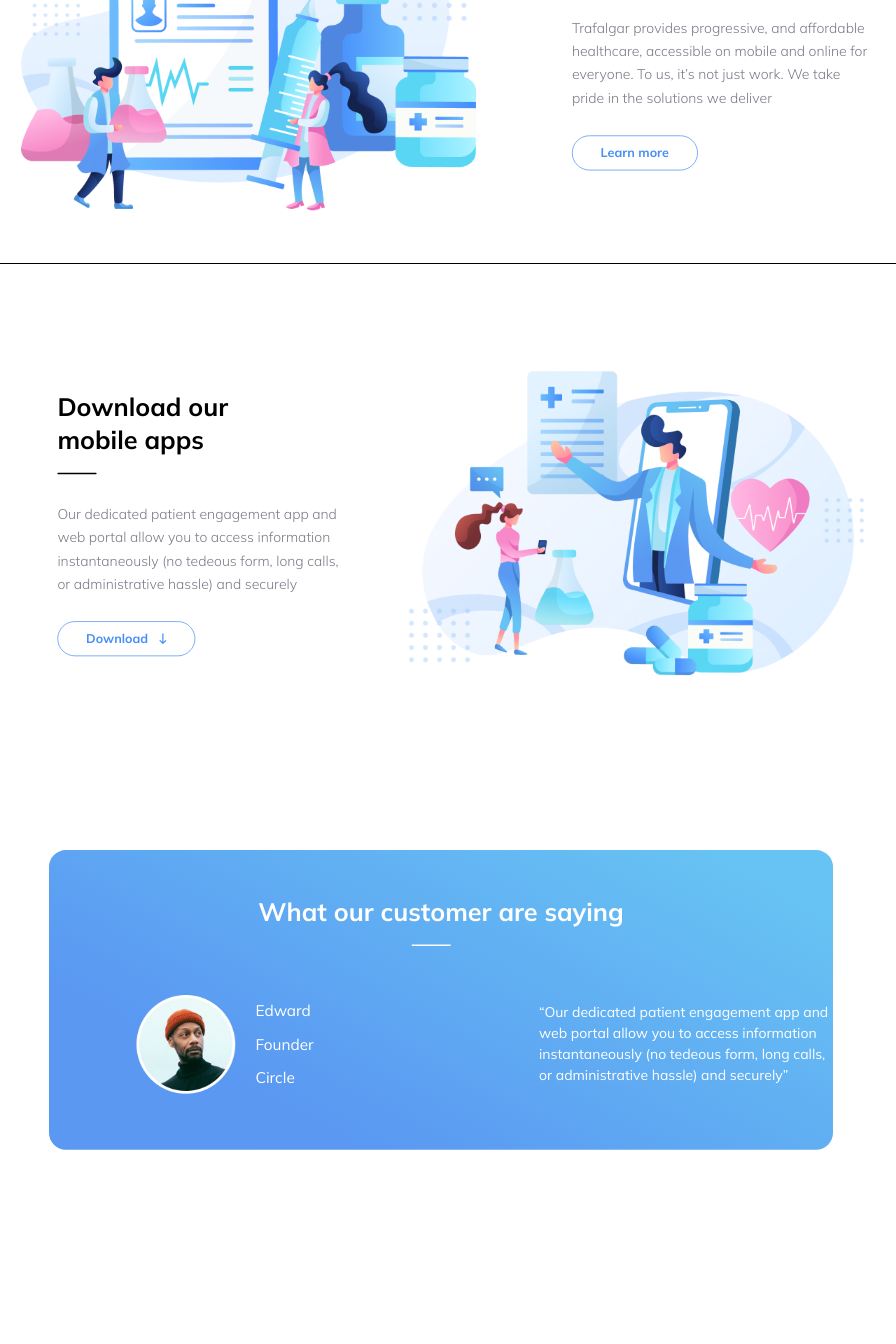
Repository: tungcutte35/Trafalgar
Page: index.html
These files come from the project's save history. The page is drawn as it stood at one moment and after the next save; the edit follows.
The browser window is 1280 px wide. The pictures show the part of the page from y = 2529 to 4449 px (the page is 4449 px tall), at 70% of full size.
The style sheet was rebuilt from its Sass, Less or Tailwind sources for each picture, by a compiler version that may differ from the author's.

Above is the page before, as saved 2021-10-18 00:53:09.

### index.html
<!DOCTYPE html>
<html lang="en">
<head>
  <meta charset="UTF-8">
  <meta http-equiv="X-UA-Compatible" content="IE=edge">
  <meta name="viewport" content="width=device-width, initial-scale=1.0">
  <title>Trafalgar</title>
  <link rel="stylesheet" href="./sass/css/app.css">
  <link rel="preconnect" href="https://fonts.googleapis.com">
  <link rel="preconnect" href="https://fonts.gstatic.com" crossorigin>
  <link href="https://fonts.googleapis.com/css2?family=Mulish:wght@300;400;700&display=swap" rel="stylesheet">
 <link rel="stylesheet" href="./font/fontawesome-free-5.15.4-web/css/all.min.css">
</head>
<body>
  <div class="wrapper">
    <header class="header">
    <div class="container">
      <div class="header-main">
        <img srcset="./Images/logo.png 2x" alt="" class="header-img">
        <ul class="menu">
          <li class="menu-item">
            <a href="#" class="menu-link menu-firsd">Home</a>
          </li>
          <li class="menu-item">
            <a href="#" class="menu-link">Find a doctor</a>
          </li>
          <li class="menu-item">
            <a href="#" class="menu-link">Apps</a>
          </li>
          <li class="menu-item">
            <a href="#" class="menu-link">Testimonials</a>
          </li>
          <li class="menu-item">
            <a href="#" class="menu-link">About us</a>
          </li>
          <li class="menu-log">
            <a href="#" class="button button--outline ">Login</a>
          </li>
          <li class="menu-log">
            <a href="#" class="button button--primary ">Logup</a>
          </li>
        </ul>
      </div>
    </div>
    </header>
    <section class="virtual">
      <div class="container">
        <div class="virtual-main">
          <div class="virtual-firsd">
            <h2 class="virtual-heading">Virtual
              for you</h2>
            <p class="text virtual-content">Trafalgar provides progressive, and affordable healthcare, accessible on mobile and online for everyone</p>
            <a href="#" class="button button--primary">Consult today</a>
          </div>
          <div class="virtual-img">
            <img srcset="./Images/img1.png 2x" alt="" class="virtual-imgs">
          </div>
        </div>
      </div>
    </section>
    <secction class="sevices">
      <div class="container">
        <div class="sevices-header">
          <h3 class="heading sevices-heading">Our services</h3>
          <p class="text sevices-content">We provide to you the best choiches for you. Adjust it to your health needs and make sure your undergo treatment with our highly qualified doctors you can consult with us which type of service is suitable for your health</p>
        </div>
        <div class="sevices-main">
          <div class="sevices-item">
            <div class="sevices-price">
            <img class="sevices-img" srcset="./Images/icon1.png 2x" alt="">
            </div>
            <h4 class="heading sevices-title">Search doctor</h4>
            <p class="text sevices-desc">Choose your doctor from thousands of specialist, general, and trusted hospitals</p>
          </div>
          <div class="sevices-item">
            <div class="sevices-price">
            <img class="sevices-img" srcset="./Images/icon2.png 2x" alt="">
            </div>
            <h4 class="heading sevices-title">Online pharmacy</h4>
            <p class="sevices-desc">Buy  your medicines with our mobile application with a simple delivery system</p>
          </div>
          <div class="sevices-item">
            <div class="sevices-price">
            <img class="text sevices-img" srcset="./Images/icon3.png 2x" alt="">
            </div>
            <h4 class="heading sevices-title">Consultation</h4>
            <p class="sevices-desc">Free consultation with our trusted doctors and get the best recomendations</p>
          </div>
          <div class="sevices-item">
            <div class="sevices-price">
            <img class="sevices-img" srcset="./Images/icon4.png 2x" alt="">
            </div>
            <h4 class="heading sevices-title">Details info</h4>
            <p class="text sevices-desc">Free consultation with our trusted doctors and get the best recomendations</p>
          </div>
          <div class="sevices-item">
            <div class="sevices-price">
            <img class="sevices-img" srcset="./Images/icon5.png 2x" alt="">
            </div>
            <h4 class="heading sevices-title">Emergency care</h4>
            <p class="text sevices-desc">You can get 24/7 urgent care for yourself or your children and your lovely family</p>
          </div>
          <div class="sevices-item">
            <div class="sevices-price">
            <img class="sevices-img" srcset="./Images/icon6.png 2x" alt="">
            </div>
            <h4 class="heading sevices-title">Tracking</h4>
            <p class="text sevices-desc">Track and save your medical history and health data </p>
          </div>
        </div>
        <a href="" class="button button--outline sevices-more">Learn more</a>
      </div>
    </secction>
    <section class="lead">
      <div class="container">
        <div class="lead-main">
          <div class="lead-img">
            <img srcset="./Images/img2.png 2x" alt="">
          </div>
          <div class="lead-firsd">
            <h3 class="heading lead-heading">
              Leading healthcare providers
            </h3>
          <div class="lead-title">
            <p class="text lead-content">
              Trafalgar provides progressive, and affordable healthcare, accessible on mobile and online for everyone. To us, it’s not just work. We take pride in the solutions we deliver
            </p>
          </div>
            <a href="#" class="button button--outline">Learn more</a>
          </div>


        </div>
      </div>
    </section>
    <section class="download">
      <div class="container">
        <div class="download-main">
          <div class="dowload-firds">
            <h3 class="heading download-heading">
              Download our mobile apps
            </h3>
            <p class="text download-content">
              Our dedicated patient engagement app and web portal allow you to access information instantaneously (no tedeous form, long calls, or administrative hassle) and securely
            </p>
            <a href="#" class="button button--outline">
              <span>Download</span>
              <img class="download-icon" src="./Images/Bottom.svg" alt="">
            </a>
          </div>
          <img srcset="./Images/img3.png 2x" alt="" class="download-img">
        </div>
      </div>
    </section>
    <section class="customer">
      <div class="container">
        <div class="customer-main">
          <div class="customer-firds">
            <h3 class="heading customer-heading">
              What our customer are saying
            </h3>
          </div>
          <div class="customer-seconds">
            <div class="customer-name">
              <img class="customer-img" srcset="./Images/avt.png 2x" alt="">
              <p class="customer-name-firsd">
                Edward
                Founder Circle
              </p>
            </div>
            <div class="customer-contents">
              <p class="customer-content">
                “Our dedicated patient engagement app and web portal allow you to access information instantaneously (no tedeous form, long calls, or administrative hassle) and securely”
              </p>
            </div>
          </div>
        </div>
      </div>
    </section>
  </div>
<!-- sass app.scss css/app.css --watch -->

</body>
</html>

### sass/app.scss
@import "reset";
@import "variables";
@import "global";
@import "header";
@import "./menu";
@import "./virtual";
@import "./sevices";
@import "./lead";
@import "./download";
@import "./customer";

### sass/_variables.scss
$font: "Mulish", sans-serif;
$gray: #1f1534;
$heading-color: #000000;
$primary-color: #458ff6;
$footer-color: #fff;
$text-color: #7d7987;

### sass/_global.scss
.wrapper {
  max-width: 1600px;
  margin: 0 auto;
}
.container {
  max-width: 1260px;
  margin: 0 auto;
  padding: 0 20px;
}
body {
  font-family: $font;
  line-height: 1;
  font-size: 16px;
  color: $gray;
}
ul {
  list-style-type: none;
}
.button {
  display: inline-flex;
  justify-content: center;
  align-items: center;
  font-size: 18px;
  font-weight: 700;
  height: 50px;
  padding: 0 40px;
  border-radius: 55px;
  background-color: transparent;
  border: 0;
  outline: none;
  cursor: pointer;
  &--primary {
    color: #fff;
    background-color: $primary-color;
  }
  &--outline {
    color: $primary-color;
    border: 1.4px solid $primary-color;
  }
}
.heading {
  color: black;
  font-weight: 700;
}
.text {
  font-size: 18px;
  font-weight: 300;
  color: $text-color;
  line-height: calc(30 / 18);
}

### sass/_header.scss
.header {
  padding-top: 56px;
  margin-bottom: 70px;
  &-main {
    display: flex;
    justify-content: space-between;
    align-items: center;
  }
  &-log {
    display: flex;
    justify-content: space-between;
    align-items: center;
    gap: 0 40px;
  }
}

### sass/_menu.scss
.menu {
  display: flex;
  align-items: center;
  gap: 0 30px;
  &-link {
    color: #8f8a9a;
    font-size: 18px;
  }
  &-firsd {
    color: $gray;
    font-weight: 700;
  }
  &-link:after {
    display: block;
    content: "";
    border-bottom: solid 2px $primary-color;
    transform: scaleX(0);
    transition: transform 250ms ease-in-out;
  }
  &-link:hover:after {
    transform: scaleX(1);
  }
  &-link:hover {
    color: $primary-color;
  }
}

### sass/_virtual.scss
.virtual {
  margin-bottom: 175px;
  &-main {
    display: flex;
    justify-content: space-between;
    align-items: center;
  }
  &-firsd {
    width: 100%;
    max-width: 445px;
    padding-right: 2px;
  }
  &-heading {
    font-size: 48px;
    width: 100%;
    max-width: 197px;
    line-height: calc(56 / 48);
    margin-bottom: 25px;
  }
  &-content {
    font-size: 21px;
    font-weight: 300;
    line-height: calc(32 / 21);
    margin-bottom: 45px;
  }
}

### sass/_sevices.scss
.sevices {
  &-header {
    max-width: 952px;
    margin: 0 auto 35px;
    text-align: center;
  }
  &-heading {
    font-size: 36px;
    line-height: calc(56 / 36);
    position: relative;
    &::after {
      content: "";
      position: absolute;
      bottom: -23px;
      left: 47%;
      width: 56px;
      height: 2px;
      background-color: black;
    }
  }
  &-content {
    display: flex;
    align-items: center;
    justify-content: center;
    margin-top: 50px;
  }
  &-main {
    display: grid;
    grid-template-columns: repeat(3, 1fr);
    grid-gap: 37px 34px;
    max-width: 1120px;
    margin: 35px 40px;
    position: relative;
  }
  &-item {
    height: 350px;
    background-color: #fff;
    border-radius: 20px;
    box-shadow: 10px 40px 50px rgba(229, 233, 246, 0.4);
  }
  &-img {
    padding: 54px 0 23px 37px;
  }
  &-title {
    font-size: 24px;
    padding: 0 0 1px 38px;
  }
  &-desc {
    font-size: 16px;
    font-weight: 300;
    line-height: calc(28 / 16);
    max-width: 266px;
    margin-left: 38px;
  }
  &-price {
    height: 170px;
    width: auto;
  }
  &-more {
    margin: 190px 0;
    margin-left: 42%;
  }
}

### sass/_lead.scss
.lead {
  margin-bottom: 230px;
  &-main {
    display: flex;
    justify-content: space-between;
    align-items: center;
    gap: 0 137px;
  }
  &-img {
    width: 100%;
    max-width: 650px;
  }
  &-firsd {
    max-width: 486px;
    margin-top: -30px;
  }
  &-heading {
    font-size: 36px;
    line-height: calc(56 / 36);
    margin-bottom: 60px;
    position: relative;

    &::after {
      content: "";
      position: absolute;
      width: 56px;
      height: 3px;
      bottom: -26px;
      left: 0;
      border-radius: 10px;
      background-color: black;
    }
  }
  &-content {
    max-width: 430px;
    height: auto;
    font-size: 20px;
    line-height: calc(30 / 18);
    margin-bottom: 37px;
  }
}

### sass/_download.scss
.download {
  margin-bottom: 250px;
  margin-left: 62px;
  &-main {
    display: flex;
    justify-content: space-between;
    align-items: center;
    gap: 0 71px;
    width: 100%;
    max-width: 1156px;
    position: relative;
  }
  &-firsd {
    max-width: 420px;
    padding-left: 145px;
  }
  &-heading {
    max-width: 254px;
    font-size: 36px;
    line-height: calc(47 / 36);
    padding-bottom: 66px;
    position: relative;
    &::after {
      content: "";
      position: absolute;
      width: 56px;
      height: 2px;
      bottom: 40px;
      left: 0;
      border-radius: 6px;
      background-color: black;
    }
  }
  &-content {
    max-width: 410px;
    font-size: 20px;
    line-height: calc(30 / 18);
    margin-bottom: 37px;
  }
  &-icon {
    padding-left: 15px;
  }
}

### sass/_customer.scss
.customer {
  margin-bottom: 278px;
  &-main {
    max-width: 1120px;
    margin-left: 40px;
    background: linear-gradient(208.18deg, #67c3f3 9.05%, #5a98f2 76.74%);
    border-radius: 24px;
  }
  &-firds {
    display: flex;
    align-items: center;
    justify-content: center;
  }
  &-heading {
    max-width: 522px;
    font-size: 36px;
    color: white;
    line-height: calc(48 / 36);
    margin-top: 64px;
    position: relative;
    margin-bottom: 93px;
    &::after {
      content: "";
      position: absolute;
      bottom: -25px;
      left: 42%;
      width: 56px;
      height: 2px;
      background-color: white;
      border-radius: 6px;
    }
  }
  &-seconds {
    display: flex;
    justify-content: space-between;
    align-items: center;
    gap: 0 175px;
    margin-left: 192px;
  }
  &-img {
    max-width: 141px;
    height: 141px;
  }
  &-name {
    max-width: 119px;
    display: flex;
    align-items: center;
    justify-content: center;
    gap: 0 29px;
    margin-bottom: 79px;
  }
  &-name-firsd {
    font-size: 22px;
    line-height: calc(48 / 22);
    color: white;

    // max-width: 119px;
  }
  &-content {
    width: 100%;
    max-width: 420px;
    font-size: 20px;
    line-height: calc(30 / 20);
    color: white;
    margin-bottom: 79px;
  }
}

Loaded but not shown: font/fontawesome-free-5.15.4-web/css/all.min.css (library); sass/_reset.scss (common file)

After the next save:
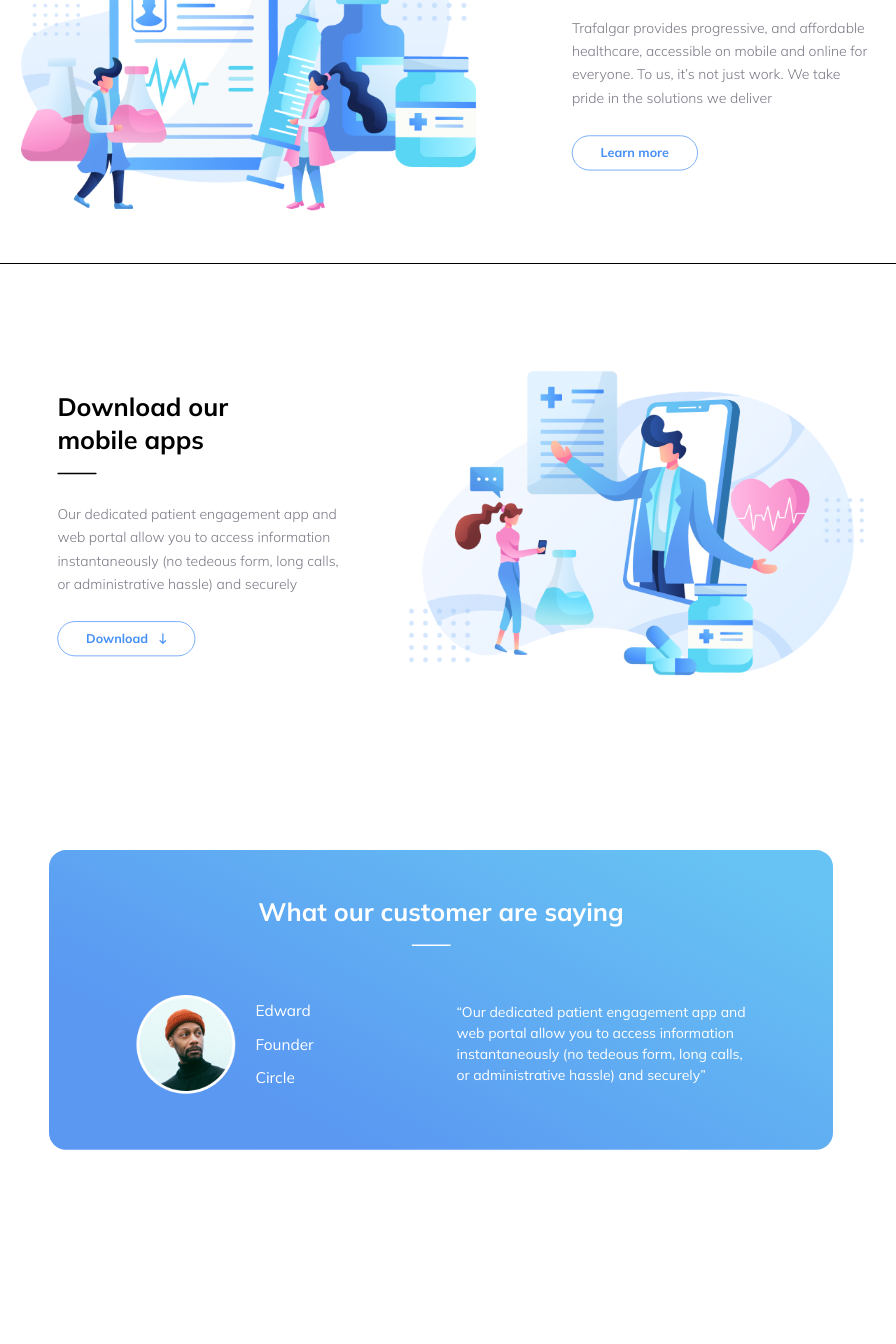
Saved 40 s later.
--- a/sass/_customer.scss
+++ b/sass/_customer.scss
@@ -63,5 +63,6 @@
     line-height: calc(30 / 20);
     color: white;
     margin-bottom: 79px;
+    margin-right: 118px;
   }
 }
